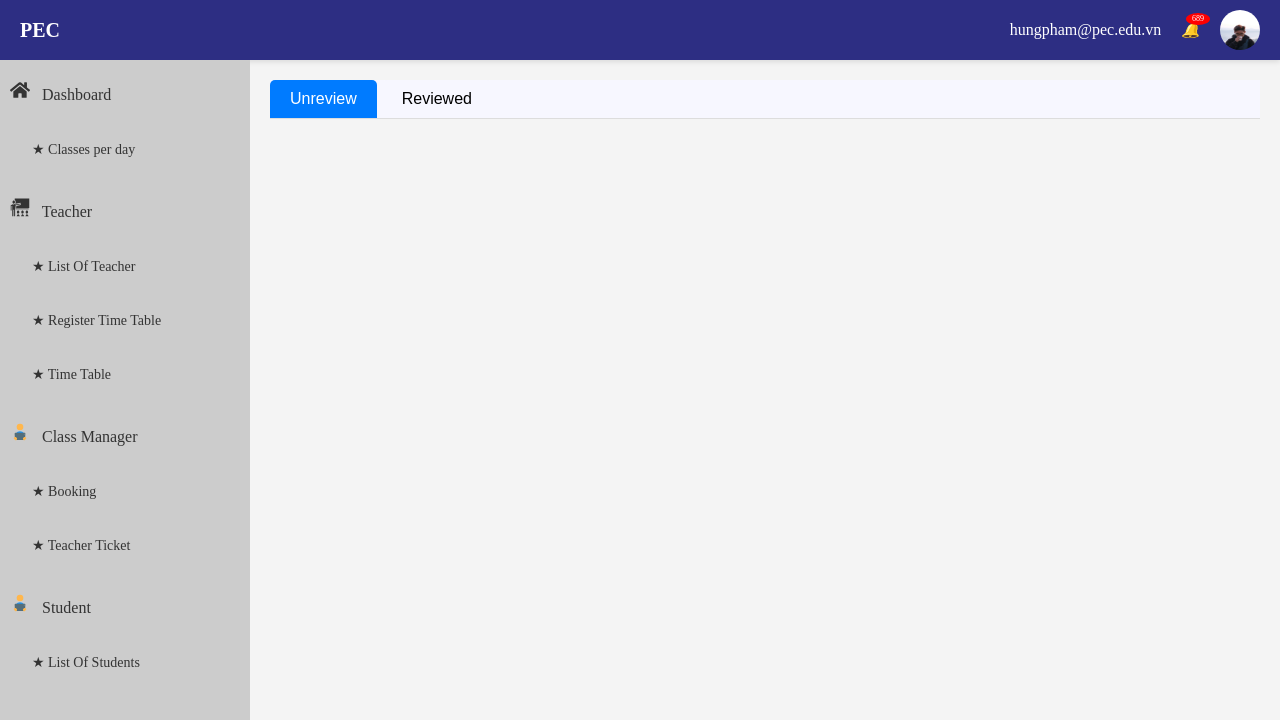
Repository: BitDanceLabels/Bumblebee_BDG
Page: /ticket
The author's editor kept a copy of each file at every save. The page is drawn from the files as they stood at one save, then again after the next save.
The browser window is 1280 px wide. The pictures show the whole page.
An inner scrolling area shows only its first screen. The project was rebuilt for these pictures with package versions that can differ from the ones it lists, and the page was loaded fresh each time. Also part of the build but not shown: vite.config.js, src/components/Dashboard/ScheduleComponent.jsx, src/components/Management/Booking.jsx, src/components/modal/CreateStudentModal.jsx, src/components/Student/ListOfStudent.jsx, src/components/modal/CreateTeacherModal.jsx, src/components/Teacher/TeacherTable.jsx, src/components/Teacher/ListOfTeacher.jsx and 16 more. Imported but missing from the stored project, and not drawn on this page: src/components/modal/DeactiveStudentModal.

Above is the page before, as saved 2024-10-07 13:53:13.

After the next save:
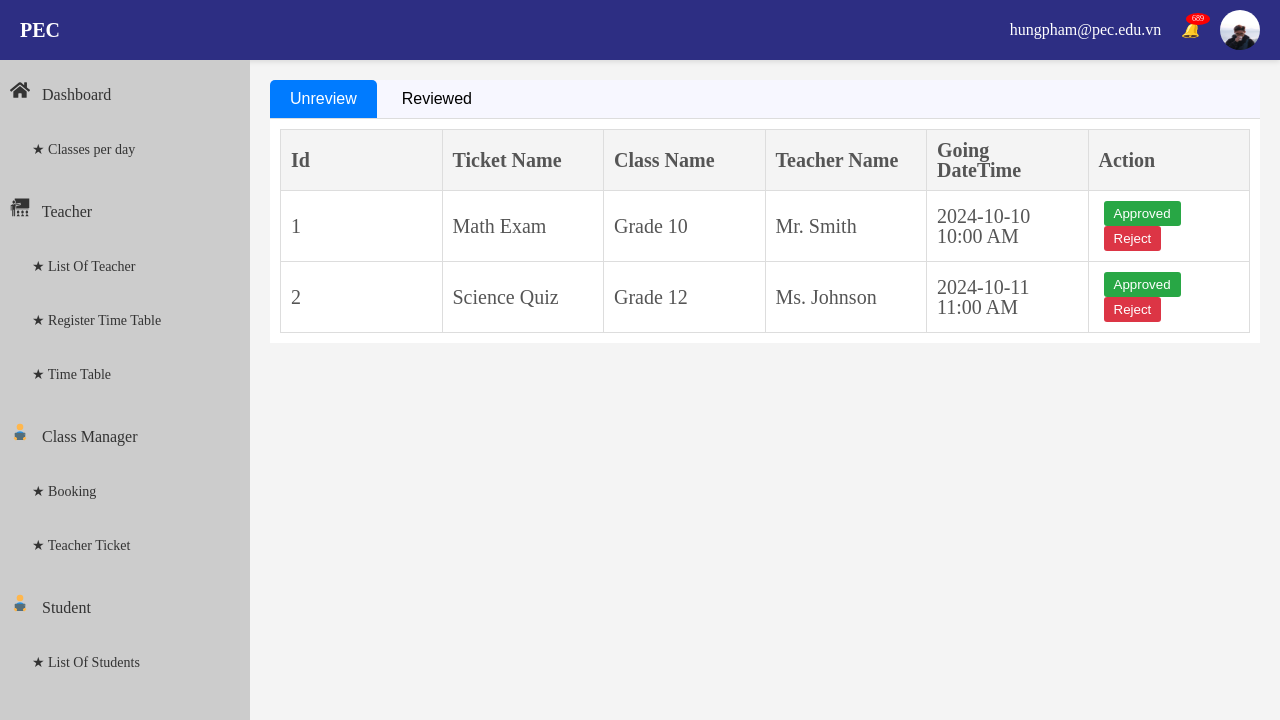
Saved 31 s later.
--- a/src/components/Management/TicketTabs.jsx
+++ b/src/components/Management/TicketTabs.jsx
@@ -60,8 +60,8 @@ const TicketTabs = ({}) => {
         </Tab>
       </TabContainer>
 
-      {activeTab === 'profile' && <ListTicketUnReviewTab />}
-      {activeTab === 'salary' && <ListTicketReviewedTab />}
+      {activeTab === 'ListTicketUnReviewed' && <ListTicketUnReviewTab />}
+      {activeTab === 'ListTicketReviewed' && <ListTicketReviewedTab />}
     </Container>
   )
 }
